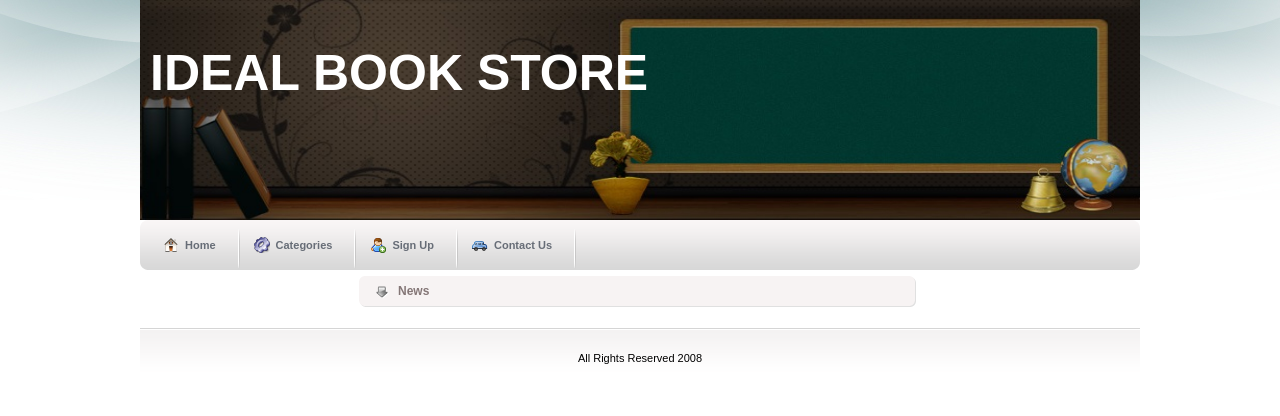
Repository: tusharjain887/Online-Book-Sales
Page: http://localhost/OnlineBook/news.jsp
An editor plug-in stored every save of this project. The page is shown before and after the next save, followed by the edit.
The browser window is 1280 px wide. The pictures show the whole page.
The page is served by Tomcat 9. Queries for data that is not in the repository find no rows.

Above is the page before, as saved 2013-04-08 12:58:54.

### PROJECT/workspace/workspace/OnlineBook/WebContent/news.jsp
<%@ page import="java.sql.*"%>
<%@ page import="java.io.*"%>
<%@ page import="java.util.*"%>
<%@ page import="java.lang.*"%>
<!DOCTYPE html PUBLIC "-//W3C//DTD XHTML 1.0 Transitional//EN" "http://www.w3.org/TR/xhtml1/DTD/xhtml1-transitional.dtd">
<html xmlns="http://www.w3.org/1999/xhtml">
<head>
<title>Ideal Book Store</title>
<meta http-equiv="Content-Type" content="text/html; charset=windows-1252" />
<link rel="stylesheet" type="text/css" href="style.css" />
<!--[if IE 6]>
<link rel="stylesheet" type="text/css" href="iecss.css" />
<![endif]-->
<script type="text/javascript" src="js/boxOver.js"></script>
</head>
<body>
<div id="main_container">
  <div class="top_bar">
  <div id="header">
  <div style="float:right;font-size:14px;">
 <%  Object c=session.getAttribute("username");
if(c!=null)
	{
	out.print("Welcome  " +session.getAttribute("username").toString());
	out.print(" ,  <a href='logout.jsp'>Logout</a>");
	}
	%>
	</div>
   <div  style="padding:10px;font-size:25px;color: #FFF;"><h1>IDEAL BOOK STORE</h1></div>
  </div>
  <div id="main_content">
    <div id="menu_tab">
      <div class="left_menu_corner"></div>
      <ul class="menu">
        <li><a href="index.jsp" class="nav1"> Home</a></li>
        <li class="divider"></li>
        <li><a href="categories.jsp" class="nav2">Categories</a></li>
        <li class="divider"></li>
        <%
        if(c==null)
        {
        %><li><a href="registration.html" class="nav4">Sign Up</a></li>
        <li class="divider"></li>
        <%
        }%>
        <li><a href="contact.jsp" class="nav5">Contact Us</a></li>
        <li class="divider"></li>
      </ul>
      <div class="right_menu_corner"></div>
    </div>
    <!-- end of menu tab -->
    <div class="left_content">
     <br><br><br>
    </div>
    <!-- end of left content -->
    <div class="center_content">
      <div class="center_title_bar">News</div>
      <br><br><br><br><center>
      <div style="font-size:16px;color:#B13052;">
 <%
int check=0;
try{
	Class.forName("com.ibm.db2.jcc.DB2Driver").newInstance();
	Connection Conn=DriverManager.getConnection("jdbc:db2://localhost:50000/BOOKS","Rakesh","Rakesh");
	PreparedStatement ps=Conn.prepareStatement("SELECT * FROM NEWS");
	ResultSet rs=ps.executeQuery();
	while(rs.next())
    {

 	 out.println(rs.getString(2));
 	 out.println("<br><br>"+rs.getString(3)+"<br><br><br>");
    }
	ps.close();
	Conn.close();
	}
	catch(Exception ex){
	    out.println(ex);
	}
%>
</div>
</center>
    </div>
    <!-- end of center content -->
    <div class="right_content">
     <br><br>
     <%
    if(c!=null)
    {
    	%>
    	<div class="shopping_cart">
        <div class="cart_title">Shopping cart</div>
        <%
        try{
        	Class.forName("com.ibm.db2.jcc.DB2Driver").newInstance();
            Connection Conn1=DriverManager.getConnection("jdbc:db2://localhost:50000/BOOKS","Rakesh","Rakesh");
            Connection Conn2=DriverManager.getConnection("jdbc:db2://localhost:50000/BOOKS","Rakesh","Rakesh");
        PreparedStatement ps1=Conn1.prepareStatement("SELECT sum(s.quantity)FROM TEMP s");
        PreparedStatement ps2=Conn2.prepareStatement("SELECT sum(s.quantity * s.cost)FROM TEMP s");
        ResultSet rs1=ps1.executeQuery();
        ResultSet rs2=ps2.executeQuery();
        while(rs1.next())
        {
        	String value=rs1.getString(1);
        	if(value==null)
        	{value="0";}
    		%>
        <div class="cart_details"><%out.println(value);%> items <br />
      <%
    }
        while(rs2.next())
        {
    		String value=rs2.getString(1);
        	if(value==null)
        	{value="0";}
    		%>
          <span class="border_cart"></span> Total: <span class="price"><%out.println(value);%></span> </div>
      <%
    }
	ps1.close();
	Conn1.close();
	ps2.close();
	Conn2.close();
	}
	catch(Exception ex){
	    out.println(ex);
	}

      %>



        <div class="cart_icon"><a href="view_cart.jsp" title="header=[Checkout] body=[&nbsp;] fade=[on]"><img src="images/shoppingcart.png" alt="" width="48" height="48" border="0" /></a></div>
        </div>
     <%
     }
     %>
     <br><br>
     <center>

        <%
        Connection Conn10=DriverManager.getConnection("jdbc:db2://localhost:50000/BOOKS","Rakesh","Rakesh");
      PreparedStatement ps10=Conn10.prepareStatement("SELECT IMAGEURL FROM ADVERTISEMENT ORDER BY AD_ID DESC LIMIT 3,6");
	ResultSet rs10=ps10.executeQuery();
	while(rs10.next())
    {
		%>
      <div class="banner_adds"><br><br><br> <%out.println("<img src='C:/Uploaded Images/"+rs10.getString(1)+"'></img>");%> </div>
      <%
      }
	ps10.close();
	Conn10.close();
      %>
    </div>
    <!-- end of right content -->
  </div>
  <!-- end of main content -->
  <div class="footer">
    <br><br>
    <center> All Rights Reserved 2008</center>
      </div>

<!-- end of main_container -->
</body>
</html>

### PROJECT/workspace/workspace/OnlineBook/WebContent/style.css
body
{
background:url(images/bg.jpg) no-repeat #fff center top;
padding:0;
font-family:Arial, Helvetica, sans-serif;
font-size:11px;
margin:0px auto auto auto;
color:#000;
}
p{
padding:2px;
margin:0px;
}
#main_container{
width:1000px;
height:auto;
margin:auto;
padding:0px;
}
.top_bar{
width:1000px;
height:38px;
background-color:#4a4a4a;
}
.top_search{
width:370px;
height:32px;
margin:0px 20px 0 0;
_margin:0px 10px 0 0;
float:right;
background:url(images/top_search_bg.gif) no-repeat center;
}
input.search_input{
width:182px;
height:18px;
float:left;
margin:5px 0 0 0 ;
border:1px solid #dbdbdb;
border-bottom-color:#ffffff;
border-right-color:#ffffff;
}
.search_text{
float:left;
width:110px;
padding:8px 0 0 15px;
color:#999999;
}
.search_text a{
text-decoration:none;
color:#999999;
}
.search_bt{
float:left;
padding:2px 0 0 15px;
}
.languages{
float:right;
width:150px;
padding:8px 0 0 0;
}
.lang_text{
float:left;
padding:0 5px 0 0;
color:#b3adad;
}
a.lang{
display:block;
float:left;
padding:0 5px 0 5px;
}
#header{
width:1000px;
height:220px;
background:url(images/header_background.jpg) no-repeat center;
background-position:0px 0px;
background-size:1000px 220px;
margin=0;
}
.leftcontent{
	padding:15px 0px 15px 5px;
	font-size:23px;
	color: #B13052;
}
.leftdowncontent{
	padding:5px 0px 15px 5px;
	font-size:18px;
	color: #B13052;
}
.logout{
	float:right;
	font-size:14px;
	color: #fff;
}
.logout a,.logout a:hover {
	color: aqua;
}

}
#logo{
padding:15px;
}
#templatemo_header {
	clear: both;
	width: 1000px;
	height: 200px;
	padding: 0;
	margin: 0;
	background: url(images/templatemo_header_bg.jpg) no-repeat;
}

#templatemo_header a,a:hover {
	color: #000;
}

#templatemo_header #templatemo_special_offers {
	float: left;
	font-size: 14px;
	margin-top: 95px;
	margin-left: 490px;
	width: 180px;
}

#templatemo_special_offers a {
	font-size: 12px;
}

#templatemo_special_offers  p {
	margin: 0 0 20px 0;
}
#templatemo_special_offers p span {
	font-size: 18px;
}

#templatemo_header #templatemo_new_books {
	float: left;
	margin-top: 90px;
	margin-left: 55px;
	width: 180px;
}

#templatemo_new_books ul {
	 margin: 0 0 10px 0;
	 padding: 0 0 0 20px;
}

#templatemo_new_books li {
	 margin: 0;
	 padding: 0;
}

/*------------------------------oferte_content-----------------------*/
.oferte_content{
width:600px;
height:264px;
float:left;
padding:0 0 0 50px;
}
.top_divider{
float:left;
width:1px;
height:164px;
}
.oferta{
width:538px;
float:left;
padding:15px 30px 0 30px;
}
.oferta_img{
float:left;
padding:0 0 10px 0;
}
.oferta_title{
font-size:15px;
color:#b72c24;
font-weight:bold;
}
.oferta_details{
width:400px;
float:left;
padding:0 0 0 30px;
}
.oferta_text{
padding:5px 0 5px 0;
font-size:12px;
color:#FFFFFF;
text-align:justify;
line-height:15px;
}
a.details{
width:83px;
height:21px;
display:block;
float:right;
margin:5px 0 0 0;
padding-left:5px;
background:url(images/details_bt_bg.gif) no-repeat center;
text-align:center;
line-height:21px;
text-decoration:none;
color:#000000;
}
/*---------------------oferta_pagination-----------------------------*/

div.oferta_pagination {
clear:both;
padding:10px 0 0 0;
_padding:0px 0 0 0;
margin:5px;
text-align:center;
float:left;
font-size:10px;
}

div.oferta_pagination a {
width:22px;
height:22px;
display:block;
float:left;
margin:0 0 0 5px;
_margin:0 0 0 3px;
line-height:23px;
text-align:center;
background:url(images/pag_bg.gif) no-repeat center;
text-decoration:none;
color:#9d8b8b;
}
div.oferta_pagination a:hover, div.pagination a:active {
width:22px;
height:22px;
display:block;
float:left;
line-height:23px;
text-align:center;
background:url(images/pag_bg_a.gif) no-repeat center;
text-decoration:none;
color:#ad1614;
}
div.oferta_pagination span.current {
width:22px;
height:22px;
display:block;
float:left;
line-height:23px;
text-align:center;
background:url(images/pag_bg_a.gif) no-repeat center;
text-decoration:none;
color:#ad1614;
}
#main_content{
clear:both;
}
/*---------------- menu tab----------------------*/
#menu_tab{
width:1000px;
height:50px;
background-color:#fff;
}
.left_menu_corner{
width:9px;
height:50px;
float:left;
background:url(images/menu_left.gif) no-repeat center;
}
.right_menu_corner{
width:9px;
height:50px;
float:left;
background:url(images/menu_right.gif) no-repeat center;
}
ul.menu {
list-style-type:none; float:left; display:block; width:982px;
margin:0px; padding:0px;background:url(images/menu_bg.gif) repeat-x;}

ul.menu li {
display:inline;
font-size:11px;
font-weight:bold;
line-height:50px;
}
ul.menu li.divider {
display:inline;
width:2px;
height:50px;
float:left;
background:url(images/menu_divider.gif) no-repeat center;
}

a.nav1:link, a.nav1:visited {
display:block; float:left; padding:0px 8px 0px 22px; margin:0 14px 0 14px;height:50px;text-decoration:none; background:url(images/home.png) no-repeat left; color:#676d77;}
a.nav2:link, a.nav2:visited {
display:block; float:left; padding:0px 8px 0px 22px; margin:0 14px 0 14px;height:50px;text-decoration:none; background:url(images/services.png) no-repeat left; color:#676d77;}
a.nav3:link, a.nav3:visited {
display:block; float:left; padding:0px 8px 0px 22px; margin:0 14px 0 14px;height:50px;text-decoration:none; background:url(images/favs.png) no-repeat left; color:#676d77;}
a.nav4:link, a.nav4:visited {
display:block; float:left; padding:0px 8px 0px 22px; margin:0 14px 0 14px;height:50px;text-decoration:none; background:url(images/user_add.png) no-repeat left; color:#676d77;}
a.nav5:link, a.nav5:visited {
display:block; float:left; padding:0px 8px 0px 22px; margin:0 14px 0 14px;height:50px;text-decoration:none; background:url(images/car.png) no-repeat left; color:#676d77;}
a.nav6:link, a.nav6:visited {
display:block; float:left; padding:0px 8px 0px 22px; margin:0 14px 0 14px;height:50px;text-decoration:none; background:url(images/contact-new.png) no-repeat left; color:#676d77;}

a.nav1:hover, a.nav2:hover, a.nav3:hover, a.nav4:hover, a.nav5:hover, a.nav6:hover {
color:#333333;}


li.currencies{
width:180px;
float:left;
padding:0 0 0 15px;
_padding:12px 0 0 15px;
color:#676d77;
font-size:11px;
font-weight:bold;
}
/*----------------crumb_navigation-------------*/
.crumb_navigation{
width:980px;
height:15px;
padding:5px 10px 0 20px;
color:#333333;
background:url(images/navbullet.png) no-repeat left;
background-position:5px 6px;
}
.crumb_navigation a{
color:#0fa0dd;
text-decoration:underline;
}
span.current{
color:#0fa0dd;
}

/*-------------left_content------------------*/
.left_content{
width:196px;
float:left;
}
.title_box{
width:196px;
height:30px;
margin:5px 0 0 0;
background:url(images/menu_title_bg.gif) no-repeat center;
text-align:center;
font-size:13px;
font-weight:bold;
color:#fff;
line-height:30px;
}
/*--------left menu---------*/
ul.left_menu{
width:196px;
padding:0px;
margin:0px;
list-style:none;
}
ul.left_menu li{
margin:0px;
list-style:none;
}
ul.left_menu li.odd a{
width:166px;height:25px;display:block;background:url(images/checked.png) no-repeat left #dad0d0; background-position:5px 5px;border-bottom:1px #FFFFFF solid;
text-decoration:none;color:#504b4b;padding:0 0 0 30px; line-height:25px;
}
ul.left_menu li.even a{
width:166px;height:25px;display:block;background:url(images/checked.png) no-repeat left #eee6e6;background-position:5px 5px;border-bottom:1px #FFFFFF solid;
text-decoration:none;color:#504b4b;padding:0 0 0 30px; line-height:25px;
}
ul.left_menu li.even a:hover, ul.left_menu li.odd a:hover{
background:url(images/checked.png) no-repeat left #7bbcc7; color:#FFFFFF;background-position:5px 5px;
}

.border_box{
width:194px;
height:auto;
text-align:center;
border:1px #6da6b1 solid;
}
.product_title{
color:#ea2222;
padding:5px 0 5px 0;
font-weight:bold;
}
.product_title a{
text-decoration:none;
color:#ea2222;
padding:5px 0 5px 0;
font-weight:bold;
}
.product_title a:hover{
color:#064E5A;
}
.product_img{
padding:5px 0 5px 0;
}
.prod_price{
padding:5px 0 5px 0;
}
span.reduce{
color:#ea2222;
text-decoration:line-through;
}
span.price{
color:#ea2222;
}
/*----------newsletter--------------*/
input.newsletter_input{
width:160px;
height:16px;
border:1px #ddd9d9 solid;
margin:10px 0 5px 0;
font-size:12px;
padding:3px;
color:#999999;
}
a.join{
width:17px;
display:block;
margin:5px 0 5px 140px;
_margin:5px 0 5px 130px;
background:url(images/blue-add.png) no-repeat left;
padding:0 0 0 20px;
text-decoration:none;
color:#1c4a52;
}
.banner_adds{
width:194px;
text-align:center;
padding:10px 0 10px 0;
}

/*center content--------------------------*/
.center_content{
width:585px;
float:left;
padding:5px 10px;
}
.center_title_bar{
width:520px;
height:33px;
float:left;
padding:0 0 0 40px;
margin:0 0 0 12px;
_margin:0 0 0 6px;
line-height:33px;
font-size:12px;
color:#847676;
font-weight:bold;
background:url(images/bar_bg.gif) no-repeat center;
}

/*----------------------right content--------------*/
.right_content{
width:196px;
float:left;
padding:5px 0 0 0;
}
.shopping_cart{
width:195px;
height:84px;
text-align:center;
background:url(images/cart_bg.gif) no-repeat center;
}
.cart_title{
font-size:12px;
font-size:12px;
color:#847676;
font-weight:bold;
padding:8px 0 0 0;
}
.cart_details{
width:115px;
float:left;
padding:5px 0 0 15px;
text-align:left;
}
.cart_icon{
float:left;
padding:5px 0 0 5px;
}
span.border_cart{
width:100px;
height:1px;
margin:3px 0 3px 0;
display:block;
border-top:1px #999999 dashed;
}
/*---------prod_box----------*/
.prod_box{
width:173px;
height:auto;
float:left;
padding:10px 10px 10px 11px;
}
.top_prod_box{
width:173px;height:12px;background:url(images/product_box_top.gif) no-repeat center bottom;float:left; padding:0px; margin:0px;
}
.bottom_prod_box{
width:173px;height:10px;background:url(images/product_box_bottom.gif) no-repeat center top;float:left;padding:0px; margin:0px;
}
.center_prod_box{
width:173px;height: auto;background:url(images/product_box_center.gif) repeat-y;float:left; text-align:center;padding:0px; margin:0px;
}
.prod_details_tab{
width:173px;
height:31px;
float:left;
background:url(images/products_details_bg.gif) no-repeat center;
margin:3px 0 0 0;
}
img.left_bt{
float:left;
padding:6px 0 0 6px;
}
a.prod_details{
width:25px;
display:block;
float:left;
background:url(images/square-blue-add.gif) no-repeat left;
padding:0 0 0 20px;
margin:7px 0 0 38px;
_margin:6px 0 0 35px;
text-decoration:none;
color:#0fa0dd;
}
/*---------prod_box_big----------*/
.prod_box_big{
width:554px;
height:auto;
float:left;
padding:10px 10px 10px 15px;
}
.top_prod_box_big{
width:554px;height:12px;background:url(images/details_box_top.gif) no-repeat center bottom;float:left; padding:0px; margin:0px;
}
.bottom_prod_box_big{
width:554px;height:12px;background:url(images/details_box_bottom.gif) no-repeat center top;float:left;padding:0px; margin:0px;
}
.center_prod_box_big{
width:554px;height: auto;background:url(images/details_box_center.gif) repeat-y;float:left; text-align:center;padding:0px; margin:0px;
}
.product_img_big{
width:170px;
padding:5px 0 5px 10px;
float:left;
}
.details_big_box{
width:345px;
float:left;
padding:0 0 0 15px;
text-align:left;
}
.product_title_big{
color:#ea2222;
padding:5px 0 5px 0;
font-weight:bold;
font-size:14px;
}
.specifications{
font-size:12px;
font-weight:bold;
line-height:18px;
}
.thumbs{
padding:8px 5px 8px 5px;
border:1px #DFD1D1 solid;
margin:3px 0 0 0;
}
.thumbs a{
padding:3px;
}
.prod_price_big{
padding:5px 0 5px 0;
font-size:16px;
}
span.reduce{
color:#ea2222;

}
span.price{
color:#ea2222;
}
a.addtocart{
width:76px;
height:27px;
display:block;
float:left;
background:url(images/addtocart.gif) no-repeat left;
padding:0 0 0 33px;
text-decoration:none;
line-height:27px;
color:#1c4a52;
}
a.compare{
width:76px;
height:27px;
display:block;
float:left;
margin:0 0 0 10px;
background:url(images/compare.gif) no-repeat left;
padding:0 0 0 33px;
text-decoration:none;
line-height:27px;
color:#1c4a52;
}
span.blue{
color:#5F9FAB;
}
/*---------------contact_form------------------*/
.contact_form{
width:355px;
float:left;
padding:0px 0 0 75px;
}
.form_row{
width:335px;
clear:both;
padding:10px 0 10px 0;
_padding:5px 0 5px 0;
color:#a53d17;
}
label.contact{
width:75px;
float:left;
font-size:12px;
text-align:right;
padding:4px 5px 0 0;
color: #333333;
}
input.contact_input{
width:253px;
height:18px;
background-color:#fff;
color:#999999;
border:1px #DFDFDF solid;
float:left;
}
textarea.contact_textarea{
width:253px;
height:50px;
font-family:Arial, Helvetica, sans-serif;
font-size:12px;
color: #999999;
background-color:#fff;
border:1px #DFDFDF solid;
float:left;
}
a.contact{
width:99px;
height:27px;
display:block;
float:right;
margin:0 0 0 10px;
background:url(images/contact_bt.gif) no-repeat left;
padding:0 0 0 10px;
text-decoration:none;
line-height:27px;
color:#1c4a52;
}
/*--------------footer----------------*/
.footer{
width:1000px;
clear:both;
height:65px;
background:url(images/footer_bg.gif) repeat-x top;
}
.left_footer{
float:left;
width:300px;
padding:5px 0 0 10px;
}
.right_footer{
float:right;
padding:15px 30px 0 0;
}
.right_footer a{
padding:0 0 0 7px;
text-decoration:none;
color: #666666;
}
.right_footer a:hover{
text-decoration:underline;
}

.center_footer{
float:left;
width:200px;
text-align:center;
color:#666666;
padding:10px 0 0 60px;
}

Loaded but not shown: PROJECT/workspace/workspace/OnlineBook/WebContent/js/boxOver.js (369 lines, source omitted)

After the next save:
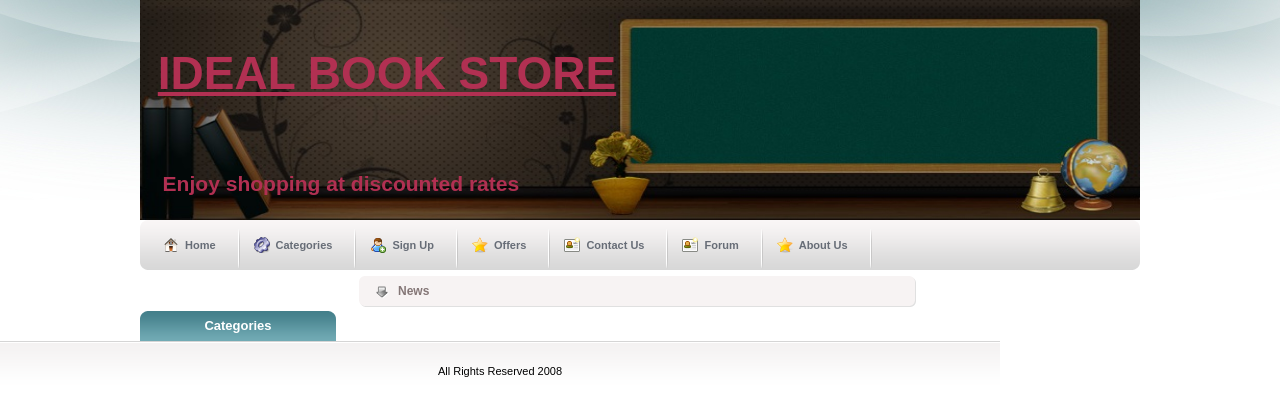
Saved 22 s later.
--- a/PROJECT/workspace/workspace/OnlineBook/WebContent/news.jsp
+++ b/PROJECT/workspace/workspace/OnlineBook/WebContent/news.jsp
@@ -5,7 +5,7 @@
 <!DOCTYPE html PUBLIC "-//W3C//DTD XHTML 1.0 Transitional//EN" "http://www.w3.org/TR/xhtml1/DTD/xhtml1-transitional.dtd">
 <html xmlns="http://www.w3.org/1999/xhtml">
 <head>
-<title>Ideal Book Store</title>
+<title>Categories</title>
 <meta http-equiv="Content-Type" content="text/html; charset=windows-1252" />
 <link rel="stylesheet" type="text/css" href="style.css" />
 <!--[if IE 6]>
@@ -15,19 +15,25 @@
 </head>
 <body>
 <div id="main_container">
-  <div class="top_bar">
+
   <div id="header">
-  <div style="float:right;font-size:14px;">
+  <div class="logout">
  <%  Object c=session.getAttribute("username");
 if(c!=null)
 	{
 	out.print("Welcome  " +session.getAttribute("username").toString());
-	out.print(" ,  <a href='logout.jsp'>Logout</a>");
+	%>
+	&nbsp<a href='myprofile.jsp'>Profile</a>
+	&nbsp<a href='logout.jsp'>Logout</a>
+	<%
 	}
 	%>
 	</div>
-   <div  style="padding:10px;font-size:25px;color: #FFF;"><h1>IDEAL BOOK STORE</h1></div>
+	<div class="leftcontent"><h1>&nbsp<u>IDEAL BOOK STORE</u></h1></div>
+    <div class="leftdowncontent"><h3>&nbsp&nbsp&nbspEnjoy shopping at discounted rates</h3></div>
+
   </div>
+
   <div id="main_content">
     <div id="menu_tab">
       <div class="left_menu_corner"></div>
@@ -42,16 +48,61 @@ if(c!=null)
         %><li><a href="registration.html" class="nav4">Sign Up</a></li>
         <li class="divider"></li>
         <%
-        }%>
-        <li><a href="contact.jsp" class="nav5">Contact Us</a></li>
-        <li class="divider"></li>
+        }
+        %>
+        <li><a href="news.jsp" class="nav3">Offers</a></li>
+        <li class="divider"></li>
+        <li><a href="contact.jsp" class="nav6">Contact Us</a></li>
+        <li class="divider"></li>
+        <li><a href="forum.jsp" class="nav6">Forum</a></li>
+        <li class="divider"></li>
+        <li><a href="aboutus.jsp" class="nav3">About Us</a></li>
+        <li class="divider"></li>
+
       </ul>
       <div class="right_menu_corner"></div>
     </div>
     <!-- end of menu tab -->
     <div class="left_content">
      <br><br><br>
-    </div>
+      <div class="title_box">Categories</div>
+      <ul class="left_menu">
+      <%
+      try{
+    	  Class.forName("com.ibm.db2.jcc.DB2Driver").newInstance();
+	Connection Conn8=DriverManager.getConnection("jdbc:db2://localhost:50000/BOOKS","Rakesh","Rakesh");
+	PreparedStatement ps8=Conn8.prepareStatement("SELECT CAT_ID,CAT_NAME FROM CATEGORY");
+	ResultSet rs8=ps8.executeQuery();
+	while(rs8.next())
+    {
+		String name=rs8.getString(2);
+ 	%>
+        <li class="even"><%out.println("<a href='viewcategory.jsp?cat_id="+rs8.getString(1)+"'>"+name+"</a>");%></li>
+        <%
+        }
+        %>
+      </ul>
+      <%
+      PreparedStatement ps9=Conn8.prepareStatement("SELECT IMAGEURL FROM ADVERTISEMENT ORDER BY AD_ID DESC LIMIT 0,3");
+	ResultSet rs9=ps9.executeQuery();
+	while(rs9.next())
+    {
+		%>
+      <div class="banner_adds"><br><br><br> <%out.println("<img src='C:/Uploaded Images/"+rs9.getString(1)+"'></img>");%> </div>
+      <%
+      }
+	ps8.close();
+	ps9.close();
+	Conn8.close();
+      }
+      catch(Exception ex){
+  	    out.println(ex);
+  	}
+      %>
+    </div>
+      </div>
+
+
     <!-- end of left content -->
     <div class="center_content">
       <div class="center_title_bar">News</div>
